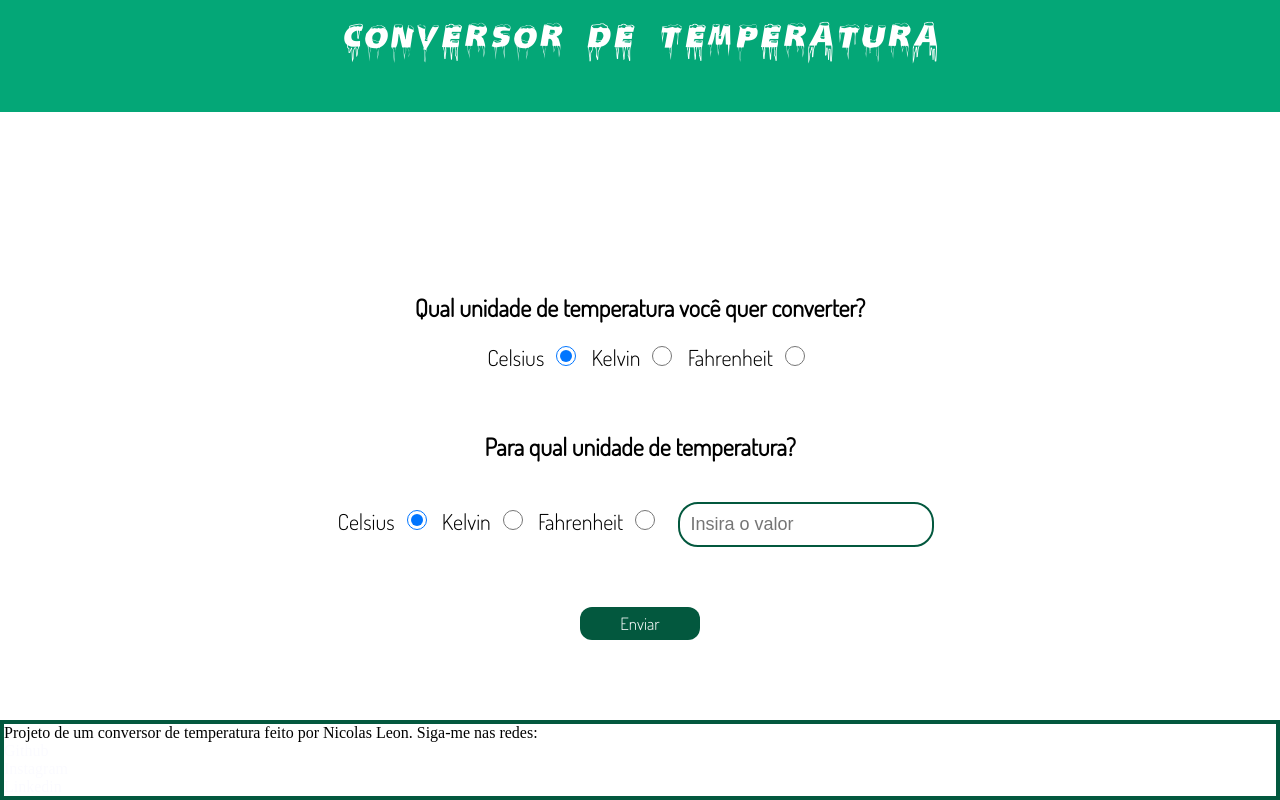
Repository: Leonngc/Conversor-de-temperatura
Page: index.html
The author's editor kept a copy of each file at every save. The page is drawn from the files as they stood at one save, then again after a run of saves.
The browser window is 1280 px wide. The pictures show the whole page.
Some icons come from a web library that is not loaded, so they are not drawn.

Above is the page before, as saved 2023-02-10 23:38:27.

### index.html
<!DOCTYPE html>
<html lang="pt-br">
<head>
    <meta charset="UTF-8">
    <meta http-equiv="X-UA-Compatible" content="IE=edge">
    <meta name="viewport" content="width=device-width, initial-scale=1.0">
    <link rel='stylesheet' href='https://cdn-uicons.flaticon.com/uicons-bold-straight/css/uicons-bold-straight.css'>
    <link rel="stylesheet" href="style.css">
    <title>Conversor de temperatura</title>
</head>
<body>
    <header>
        <h1>Conversor de Temperatura</h1>
        <button id="menu-button"><i class="fi fi-bs-menu-burger"></i></button>

        <menu>
            <ul id="links-menu">
                <li><a href="">Sobre a página</a></li>
                <li><a href="">História</a></li>
                <li><a href="">Outros Projetos</a></li>
            </ul>
        </menu>
    </header>

    <main>
       <form>
        <h2>Qual unidade de temperatura você quer converter?</h2>
        <label for="celsius">Celsius</label><input type="radio" name="unidade" id="celsius" class="unidades" checked>
        <label for="kelvin">Kelvin</label><input type="radio" name="unidade" class="unidades" id="kelvin">
        <label for="fahrenheit">Fahrenheit</label><input type="radio" name="unidade" class="unidades" id="fahrenheit">
        <br>
       </form>
       <form>
        <h2>Para qual unidade de temperatura?</h2>
        <label for="cel-res">Celsius</label><input type="radio" name="res-unidade" id="cel-res" class="res-unidades"  checked>
        <label for="kel-res">Kelvin</label><input type="radio" name="res-unidade" id="kel-res" class="res-unidades">
        <label for="fah-res">Fahrenheit</label><input type="radio" name="res-unidade" id="fah-res" class="res-unidades">
        <input type="number" name="graus" id="graus" placeholder="Insira o valor">
       </form>
       <button id="submit">Enviar</button>
    </main>

    <footer>
        <p>Projeto de um conversor de temperatura feito por Nicolas Leon. Siga-me nas redes: </p>
        <ul>
            <li><a href="">Github</a></li>
            <li><a href="">Instagram</a></li>
            <li><a href="">Linkedin</a></li>
        </ul>
    </footer>
</body>
</html>

### style.css
@charset "UTF-8";
@import url('https://fonts.googleapis.com/css2?family= Dosis:wght@300 & display = swap');
@font-face {
    font-family: Title;
    src: url(fonts/IceCaps.ttf);
}

:root{
    --yellow: #F7FF58;
    --snow: #FBFBFF;
    --blackout: #040F16;
    --dosis: 'Dosis', sans-serif;
}

*{
    margin: 0;
    padding: 0;
    box-sizing: border-box;
}

header{
    background-color: #04A777;
    margin-bottom: 160px;
    max-width: 100vw;
    color: white;
}

header > h1{
    font-family: Title, sans-serif;
    font-weight: lighter;
    text-align: center;
    font-size: 45px;
    padding: 22px;
}

menu{
    background-color: #05C78D;
    padding: 20px;
    max-width: 100vw;
    display: none;
}

menu > ul{
    margin-left: 20px;
    font-size: 20px;
    font-family: var(--dosis);
    font-weight: bold;
    color: white;
}

menu > ul > li{
    padding: 5px;
}

li > a{
    text-decoration: none;
    color: #FBFBFF;
}

li > a:hover{
    color: #03583e;
    text-decoration: underline;
}

#menu-button{
    background-color: #03583e00;
    border: none;
    color: white;
    font-size: 40px;
    margin-left: 15px;
    margin-bottom: 12px;
}

main{
    text-align: center;
}

form{
    margin: 40px;
    font-family: var(--dosis);

}

form > h2{
    padding: 20px;
}

.unidades, .res-unidades{
    height: 20px;
    width: 20px;
}

label{
    font-size: 22px;
    padding: 12px;
}

#graus{
    margin: 20px;
    padding: 10px;
    border-radius: 20px;
    border: 2px solid #03583e;
    color: #03583e;
    font-size: 18px;
}

#submit{
    font-family: var(--dosis);
    font-size: 17px;
    padding: 6px;
    width: 120px;
    background-color: #03583e;
    color: white;
    border-radius: 12px;
    border: none;
}

#submit:hover{
    background-color: white;
    color: #03583e;
    border: 2px solid
    #03583e;
}

#submit:active{
    width: 117px;
    padding: 4px;
}

footer{
    margin-top: 80px;
    border: 4px solid #03583e;
    color: b;
}

After the next 2 saves:
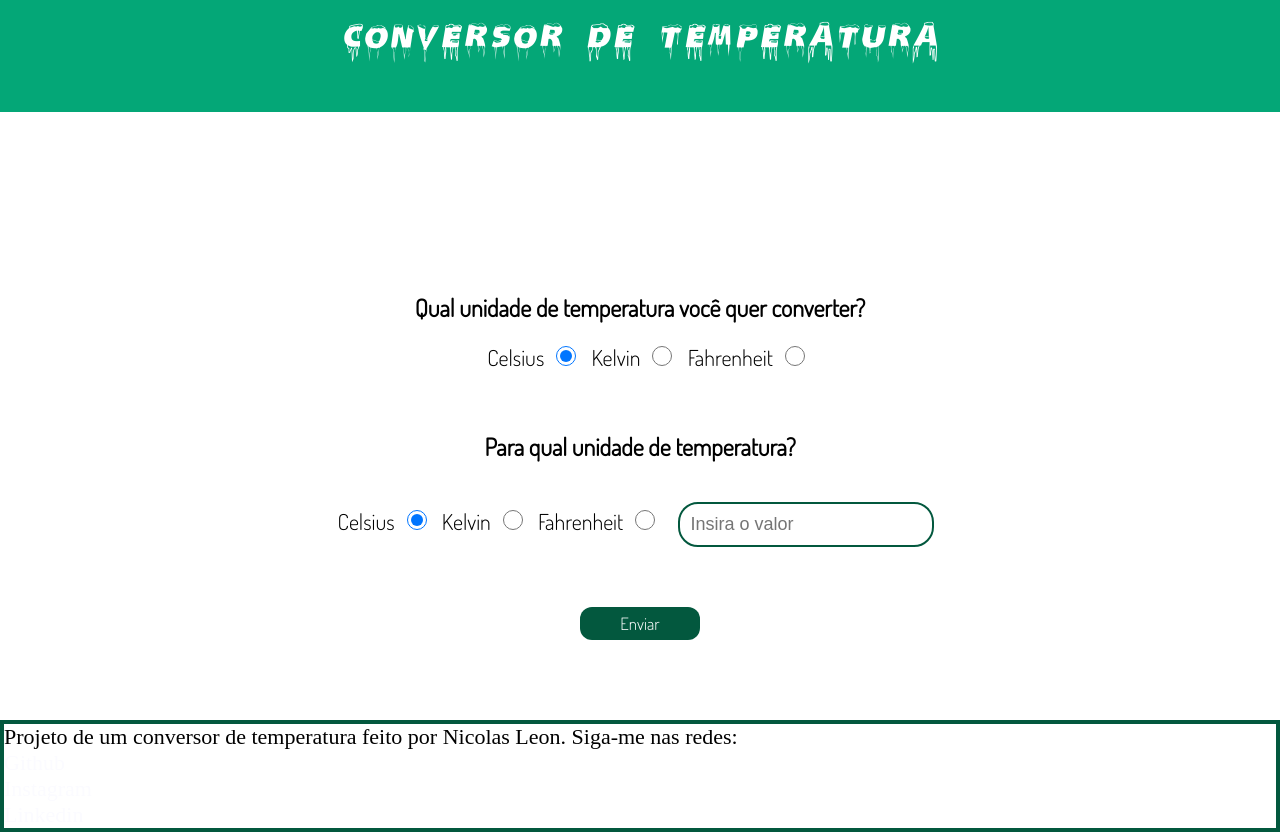
The 2 saves are shown as one change because they came seconds apart.
The last was saved 8 s later.
--- a/style.css
+++ b/style.css
@@ -130,5 +130,5 @@ label{
 footer{
     margin-top: 80px;
     border: 4px solid #03583e;
-    color: b;
+    font-size: 22px;
 }
